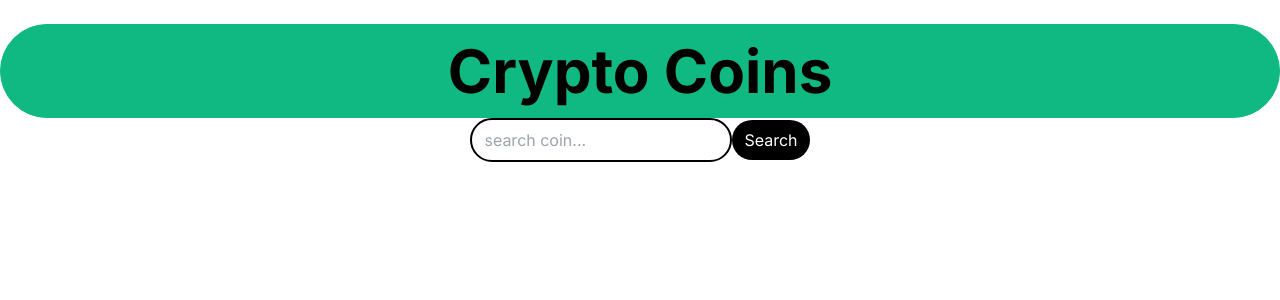
Repository: bittu-Patel/coins
Page: /
These files come from the project's save history. The page is drawn as it stood at one moment and after the next save; the edit follows.
The browser window is 1280 px wide. The pictures show the whole page.
The page's requests for data from a server got no answer. The project was rebuilt for these pictures with package versions that can differ from the ones it lists, and the page was loaded fresh each time. The framework's server and built-in components were replaced by stand-ins that run in the browser. No one was signed in, and anything a server would have sent is missing. Also part of the build but not shown: next.config.js.

Above is the page before, as saved 2023-12-18 16:48:18.

### app/layout.js
import { Inter } from 'next/font/google'
import './globals.css'

const inter = Inter({ subsets: ['latin'] })

export const metadata = {
  title: 'Create coin App',
  description: 'Generated by create next app',
}

export default function RootLayout({ children }) {
  return (
    <html lang="en">
      <body className={inter.className}>{children}</body>
    </html>
  )
}

### app/page.js
"use client"

import { useState, useEffect } from "react"
import Coins from "./components/Coins";
import SearchCoins from "./components/SearchCoins";


export default function Home() {
const [coins, SetCoins] = useState([]);

useEffect(() => {
  const getCoins = async () => {
    const response = await fetch('/api/coins');
    const coins = await response.json();
    SetCoins(coins.data.coins);
  }

  getCoins();
  }, []);


  return (
   <div className="text-center">
<h1 className="font-bold text-6xl mt-6 py-4 border border-emerald-500 bg-emerald-500 rounded-full">Crypto Coins</h1>

<SearchCoins getSearchResults={(results) => SetCoins(results)}  />
<Coins coins={coins} />
   </div>
  )
}

### app/components/Coins.jsx
import Image from "next/image"


export default function Coins({coins}) {
  return (
    <>
    <ul className="grid grid-cols-4 mx-auto max-w-[1260px] gap-12">
{coins.map(coin => (
<li key={coin.uuid} className="flex flex-col gap-4 py-12">
    <Image
    src={coin.iconUrl}
    alt={coin.name}
width={70}
height={70}
    priority
    />
    <h3>{coin.name}</h3>
    <p>{coin.symbol}</p>
<p>{coin.price}</p>
</li>
))}
    </ul>
    </>
  )
}

### app/components/SearchCoins.jsx
"use client";
import Link from "next/link";
import { useState } from "react";

export default function SearchCoins({ getSearchResults }) {
  const [query, setQuery] = useState("");

  const handleSubmit = async (e) => {
    e.preventDefault();

    const response = await fetch(`/api/coins/search?query=${query}`);
    const coin = await response.json();

    getSearchResults(coin)
  };
  return (
    <div>
      <form onSubmit={handleSubmit}>
        <input
          className="text-black border-black border-2 rounded-full px-3 py-2  "
          type="text"
          placeholder="search coin... "
          value={query}
          onChange={(e) => setQuery(e.target.value)}
        />
        <button className="bg-black hover:bg-black/60 text-white rounded-full px-3 py-2 " type="submit">Search</button>
      </form>
    </div>
  );
}

Loaded but not shown: app/globals.css (common file); tailwind.config.js (common file)

After the next save:
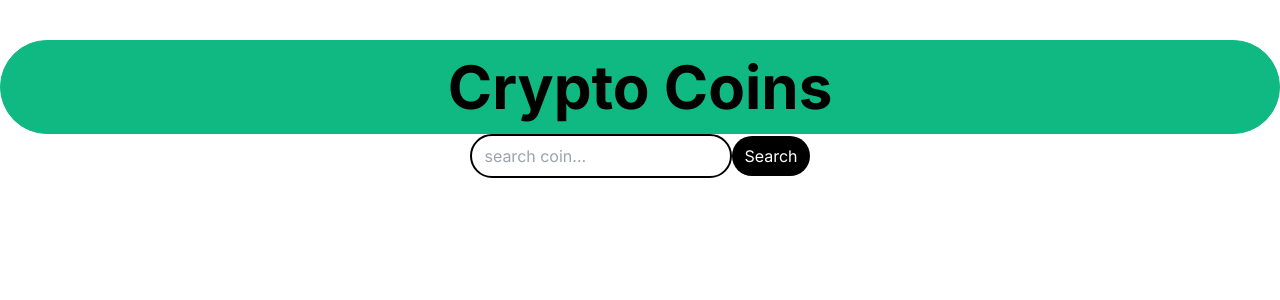
Saved 14 s later.
--- a/app/page.js
+++ b/app/page.js
@@ -21,7 +21,7 @@ useEffect(() => {
 
   return (
    <div className="text-center">
-<h1 className="font-bold text-6xl mt-6 py-4 border border-emerald-500 bg-emerald-500 rounded-full">Crypto Coins</h1>
+<h1 className="font-bold text-6xl mt-10 py-4 border border-emerald-500 bg-emerald-500 rounded-full">Crypto Coins</h1>
 
 <SearchCoins getSearchResults={(results) => SetCoins(results)}  />
 <Coins coins={coins} />
